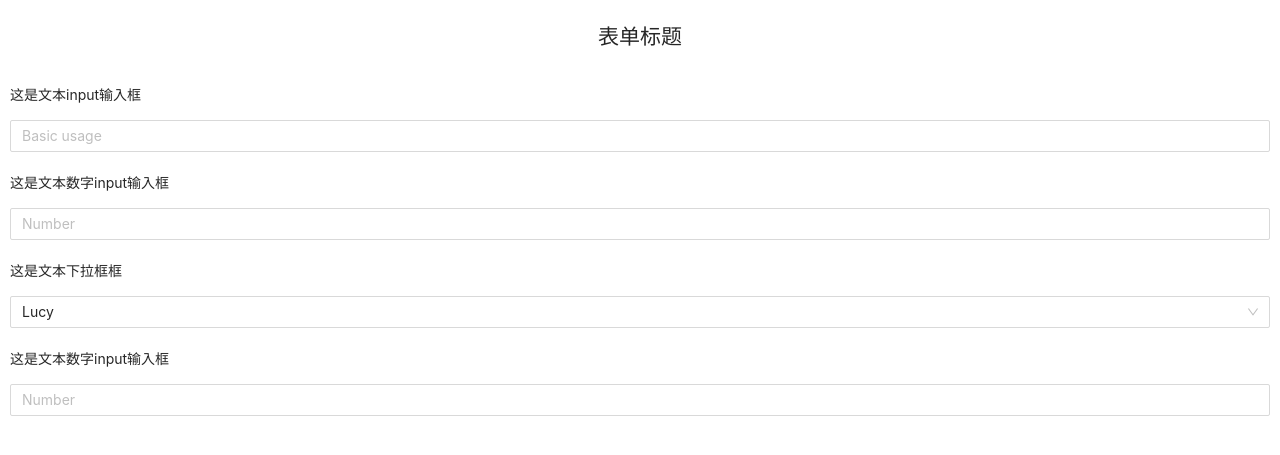
Repository: yangdi1993/form
Page: /
The author's editor kept a copy of each file at every save. The page is drawn from the files as they stood at one save, then again after the next save.
The browser window is 1280 px wide. The pictures show the whole page.
The project was rebuilt for these pictures with package versions that can differ from the ones it lists, and the page was loaded fresh each time.

Above is the page before, as saved 2020-04-02 11:01:09.

After the next save:
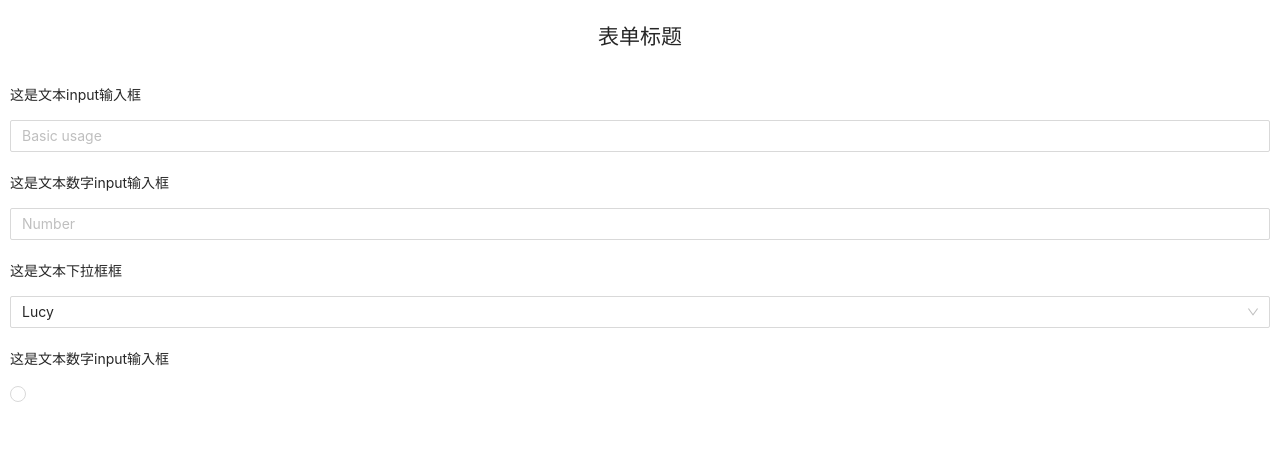
Saved 6 s later.
--- a/src/App.js
+++ b/src/App.js
@@ -27,7 +27,7 @@ const App = () => (
       </div>
       <div className="question-cell">
         <p className="numinput-title">这是文本数字input输入框</p>
-        <InputNumber min={1} max={10} placeholder="Number" className="number-input" />
+        <Radio min={1} max={10} placeholder="Number" className="number-input" />
       </div>
     </div>
     <div className="form-submit">
